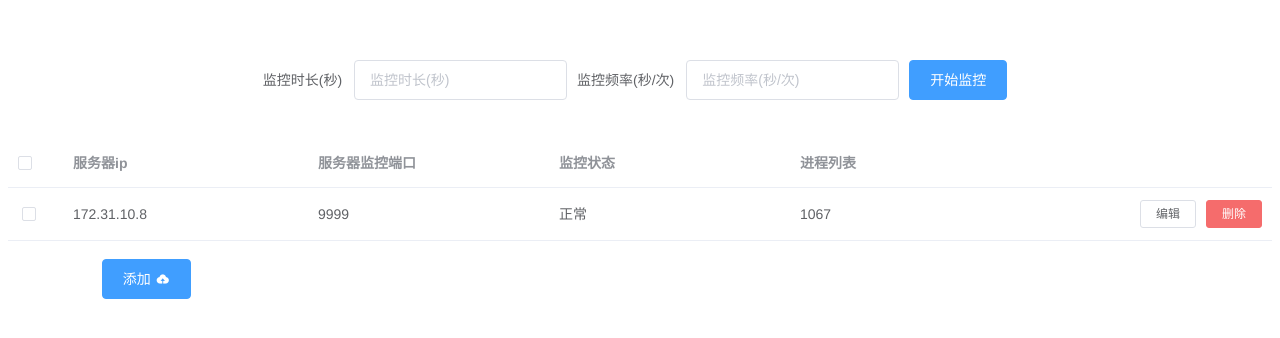
Repository: jiuceng1/monitor
Page: /#/show (app in nmonvue/)
An editor plug-in stored every save of this project. The page is shown before and after the next save, followed by the edit.
The browser window is 1280 px wide. The pictures show the whole page.
The project was rebuilt for these pictures with package versions that can differ from the ones it lists, and the page was loaded fresh each time. Also part of the build but not shown: nmonvue/src/components/HelloWorld.vue.

Above is the page before, as saved 2022-01-13 17:04:22.

### nmonvue/index.html
<!DOCTYPE html>
<html>
  <head>
    <meta charset="utf-8">
    <meta name="viewport" content="width=device-width,initial-scale=1.0">
    <title>nmonvue</title>
  </head>
  <body>
    <div id="app"></div>
    <!-- built files will be auto injected -->
  </body>
</html>

### nmonvue/src/router/index.js
import Vue from 'vue'
import Router from 'vue-router'
import HelloWorld from '@/components/HelloWorld'

Vue.use(Router)

export default new Router({
  routes: [
    {
      path: '/',
      name: 'HelloWorld',
      component: HelloWorld
    },{
      path: '/show',
      name: 'show',
      component:()=>import('@/view/show')
    }
  ]
})

### nmonvue/src/view/show.vue
<template>
    <div>
        <el-form :inline="true" :model="formInline" class="demo-form-inline">
        <el-form-item label="监控时长(秒)">
            <el-input v-model="formInline.duration" placeholder="监控时长(秒)"></el-input>
        </el-form-item>
        <el-form-item label="监控频率(秒/次)">
            <el-input v-model="formInline.frequency" placeholder="监控频率(秒/次)"></el-input>
        </el-form-item>
        <el-form-item>
            <el-button type="primary">开始监控</el-button>
        </el-form-item>
        </el-form>
        <br/>
    <el-table
    :data="tableData"
     @selection-change="handleSelectionChange">
    style="width: 100%">
    <el-table-column
      type="selection"
      width="55">
    </el-table-column>
    <el-table-column
      label="服务器ip"
      prop="ip">
    </el-table-column>
    <el-table-column
      label="服务器监控端口"
      prop="port">
    </el-table-column>
    <el-table-column
      label="监控状态"
      prop="state">
    </el-table-column>
    <el-table-column
      label="进程列表"
      prop="processList">
    </el-table-column>
    <el-table-column
      align="right">
      <template slot-scope="scope">
        <el-button
          size="mini"
          @click="handleEdit(scope.$index, scope.row)">编辑</el-button>
        <el-button
          size="mini"
          type="danger"
          @click="handleDelete(scope.$index, scope.row)">删除</el-button>
      </template>
    </el-table-column>
  </el-table>
  <br/>
  <div style="width:150px; height:22px;
              margin-right:0;margin-left:5%; margin-bottom: 0px; margin-top: 0px">
  <el-button type="primary" @click="showEnable=true">添加<i class="el-icon-upload el-icon--right"></i></el-button>
  </div>
  <el-dialog title="添加服务器" :visible.sync="showEnable">
  <el-form :model="form">
    <el-form-item label="服务器ip" :label-width="formLabelWidth">
      <el-input v-model="form.ip" autocomplete="off"></el-input>
    </el-form-item>
    <el-form-item label="服务器账号" :label-width="formLabelWidth">
      <el-input v-model="form.account" autocomplete="off"></el-input>
    </el-form-item>
    <el-form-item label="服务器密码" :label-width="formLabelWidth">
      <el-input v-model="form.password" autocomplete="off"></el-input>
    </el-form-item>
    <el-form-item label="监控端口" :label-width="formLabelWidth">
      <el-input v-model="form.port" autocomplete="off"></el-input>
    </el-form-item>
    <el-form-item label="监控进程列表" :label-width="formLabelWidth">
      <el-input v-model="form.processList" autocomplete="off"></el-input>
    </el-form-item>
  </el-form>
  <div slot="footer" class="dialog-footer">
    <el-button @click="showEnable = false">取 消</el-button>
    <el-button type="primary" @click="update()">确 定</el-button>
  </div>
</el-dialog>
</div>
</template>

<script>
import axios from 'axios'
  export default {
    data() {
      return {
          formInline: {
          duration: '',
          frequency: ''
        },
        showEnable: false,
        tableData: [{
          ip: '172.31.10.8',
          port: '9999',
          state: '正常',
          processList: '1067'
        }],
        search: '',
        form: {
          ip: '',
          account: '',
          password: '',
          port: '',
          processList: '',
        },
        formLabelWidth: '120px'
      }
    },
    methods: {
      handleEdit(index, row) {
        this.form=row
        this.showEnable=true
      },
      handleDelete(index) {
        this.tableData.splice(index,1)
      },
       handleSelectionChange(val) {
        this.multipleSelection = val;
      },
      update(){
        axios({
            url : 'http://127.0.0.1:8000/api/testapi/',
            method : 'post',
            data : this.form,
        }).then((response)=>{
            console.log(response.data)
            if(response.data=='True'){
                this.tableData.push({
                ip: this.form.ip,
                port: this.form.port,
                state: '正常',
                processList: this.form.processList
                })
            }
        })
        this.showEnable=false
      }
    },
  }
</script>

Loaded but not shown: nmonvue/src/main.js (common file); nmonvue/src/App.vue (common file)

After the next save:
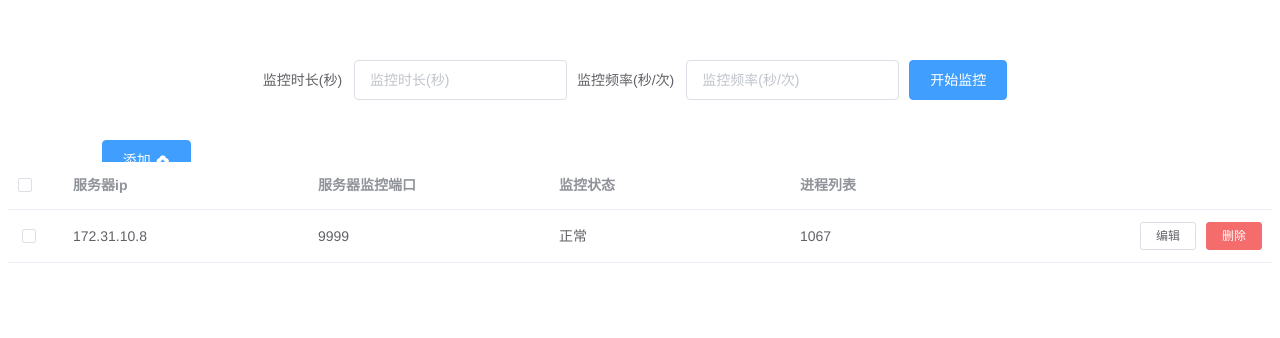
Saved 101 s later.
--- a/nmonvue/src/view/show.vue
+++ b/nmonvue/src/view/show.vue
@@ -12,6 +12,10 @@
         </el-form-item>
         </el-form>
         <br/>
+    <div style="width:150px; height:22px;
+              margin-right:0;margin-left:5%; margin-bottom: 0px; margin-top: 0px">
+  <el-button type="primary" @click="showEnable=true">添加<i class="el-icon-upload el-icon--right"></i></el-button>
+  </div>
     <el-table
     :data="tableData"
      @selection-change="handleSelectionChange">
@@ -50,10 +54,6 @@
     </el-table-column>
   </el-table>
   <br/>
-  <div style="width:150px; height:22px;
-              margin-right:0;margin-left:5%; margin-bottom: 0px; margin-top: 0px">
-  <el-button type="primary" @click="showEnable=true">添加<i class="el-icon-upload el-icon--right"></i></el-button>
-  </div>
   <el-dialog title="添加服务器" :visible.sync="showEnable">
   <el-form :model="form">
     <el-form-item label="服务器ip" :label-width="formLabelWidth">
